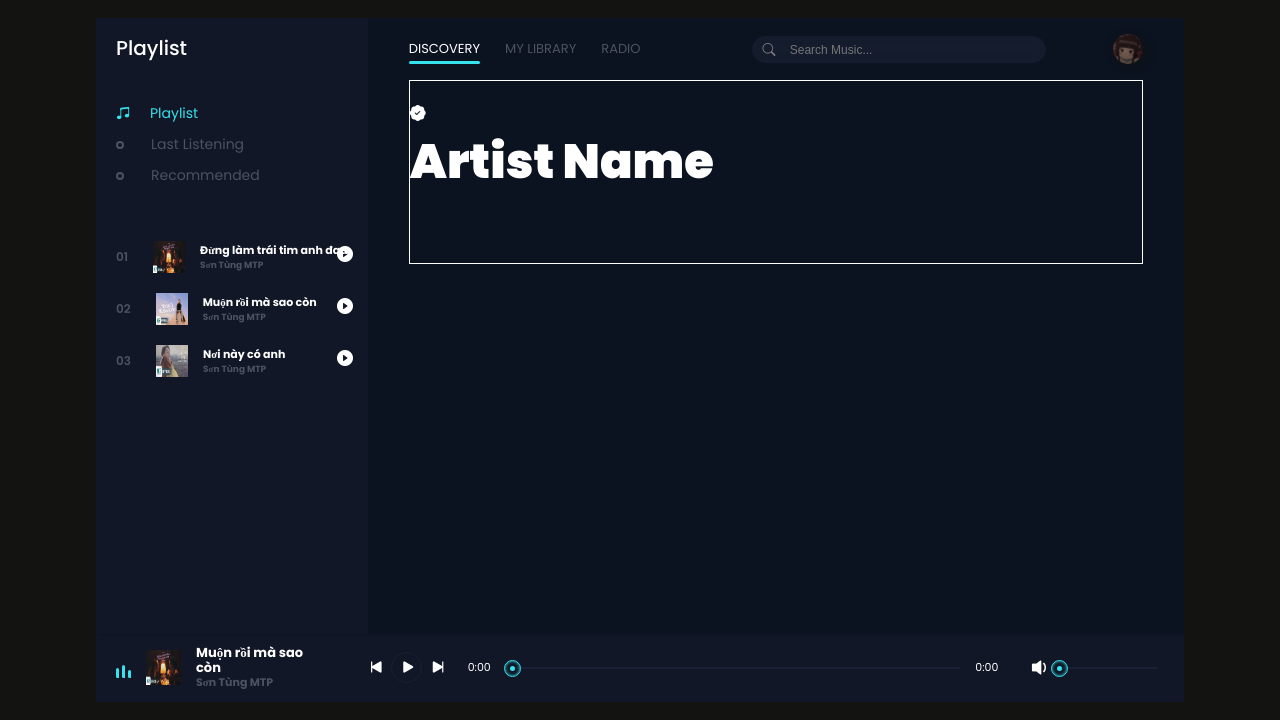
Repository: reminzuetto/Music-Website
Page: index.html
The author's editor kept a copy of each file at every save. The page is drawn from the files as they stood at one save, then again after the next save.
The browser window is 1280 px wide. The pictures show the whole page.

Above is the page before, as saved 2024-06-11 12:53:00.

After the next save:
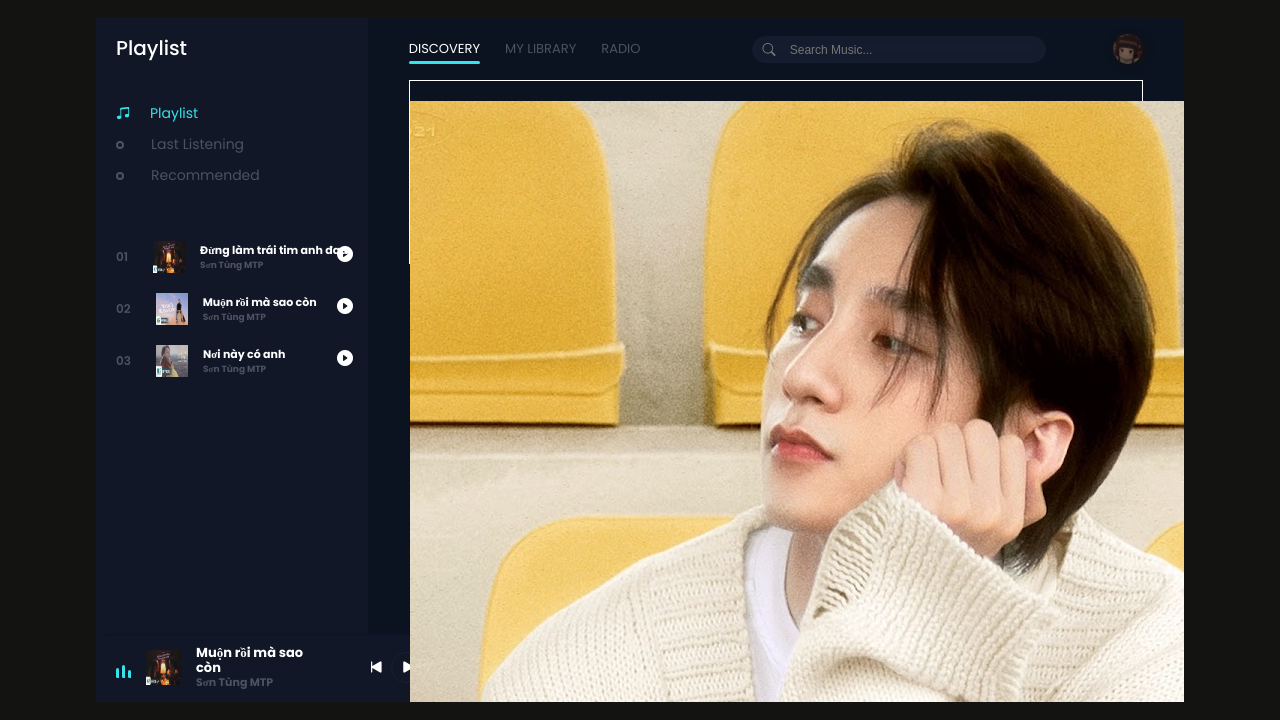
Saved 24 s later.
--- a/index.html
+++ b/index.html
@@ -78,7 +78,9 @@
         </nav>
         <div class="content">
           <div class="artist_header">
-            <div class="artistImage"></div>
+            <div class="artistImage">
+              <img src="./ArtistWallPaper/MTP.jpg" alt="" />
+            </div>
             <div class="artist_infos">
               <div><i class="bi bi-patch-check-fill"></i></div>
               <h1>Artist Name</h1>

After the 5 saves that followed:
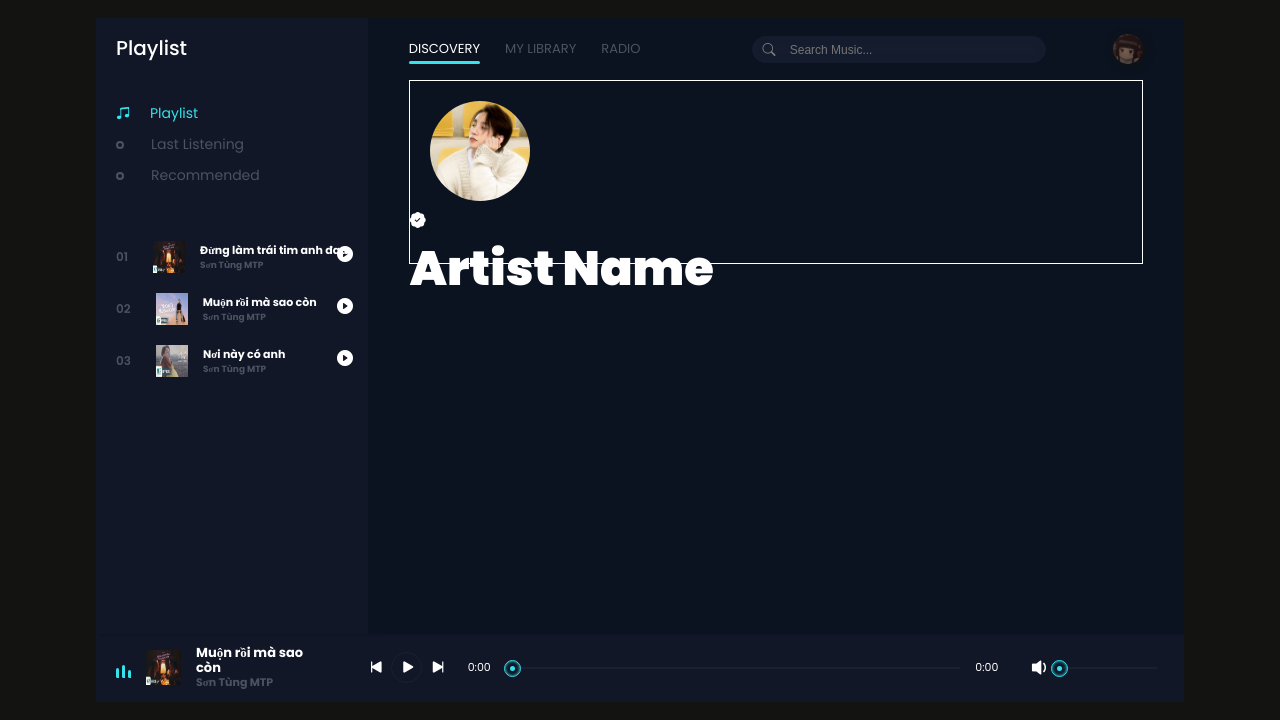
The 5 saves are shown as one change because 4 left the picture as it was.
The last was saved 91 s later.
--- a/index.html
+++ b/index.html
@@ -78,7 +78,7 @@
         </nav>
         <div class="content">
           <div class="artist_header">
-            <div class="artistImage">
+            <div class="artist_image">
               <img src="./ArtistWallPaper/MTP.jpg" alt="" />
             </div>
             <div class="artist_infos">
--- a/style.css
+++ b/style.css
@@ -475,6 +475,13 @@
   padding-left: 20px;
 }
 
+header .song_side .content .artist_header .artist_image img {
+  width: 100px;
+  height: 100px;
+  border-radius: 50%;
+  margin-left: 20px;
+}
+
 header .song_side .content h1 {
   font-size: 3rem;
   font-weight: 900;
